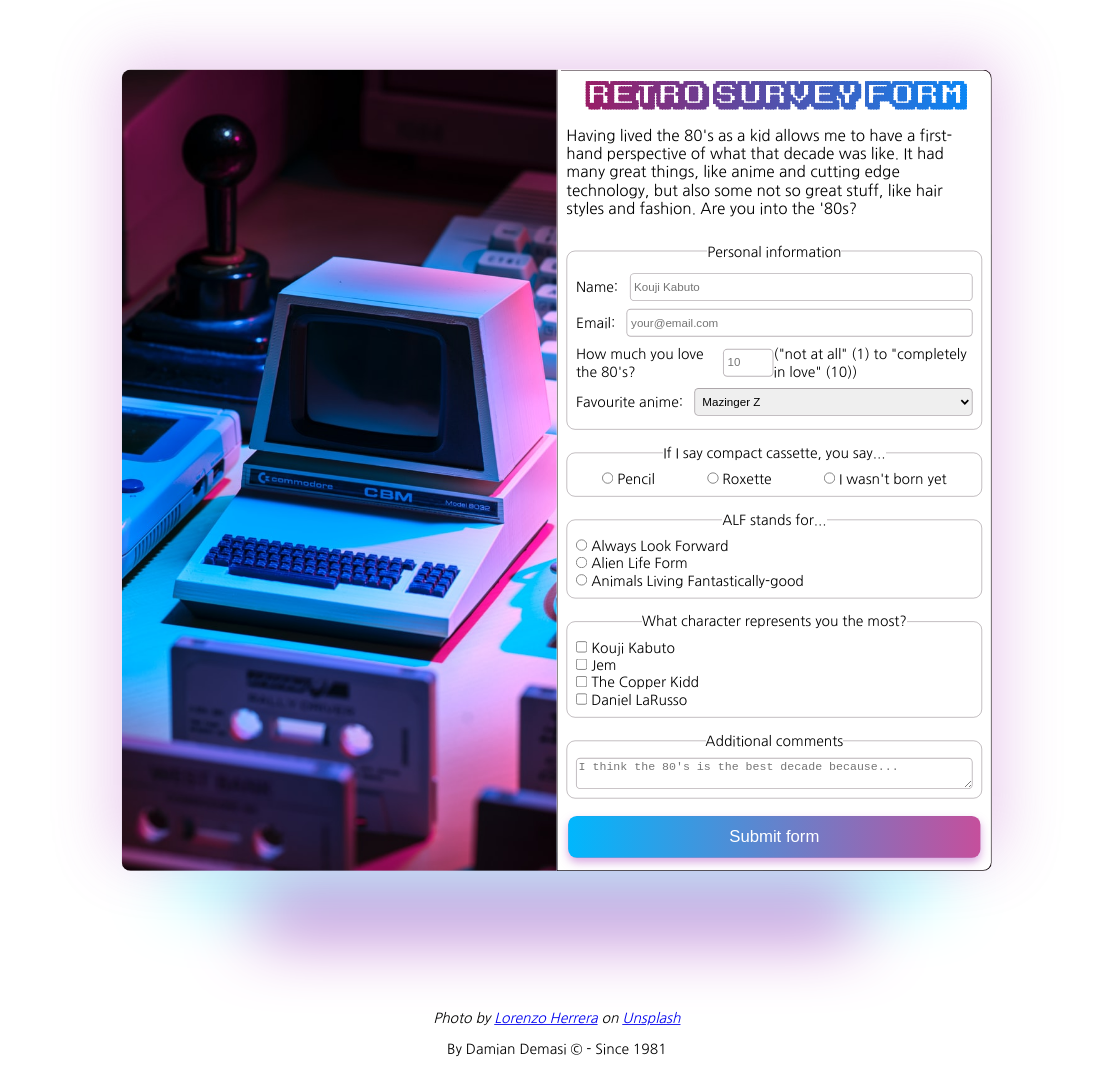
Repository: Colo-Codes/freecodecamp-02-Build-a-Survey-Form
Page: index.html
An editor plug-in stored every save of this project. The page is shown before and after the next save, followed by the edit.
The browser window is 1280 px wide. The pictures show the whole page, at 87% of full size.

Above is the page before, as saved 2021-05-19 11:52:33.

After the next save:
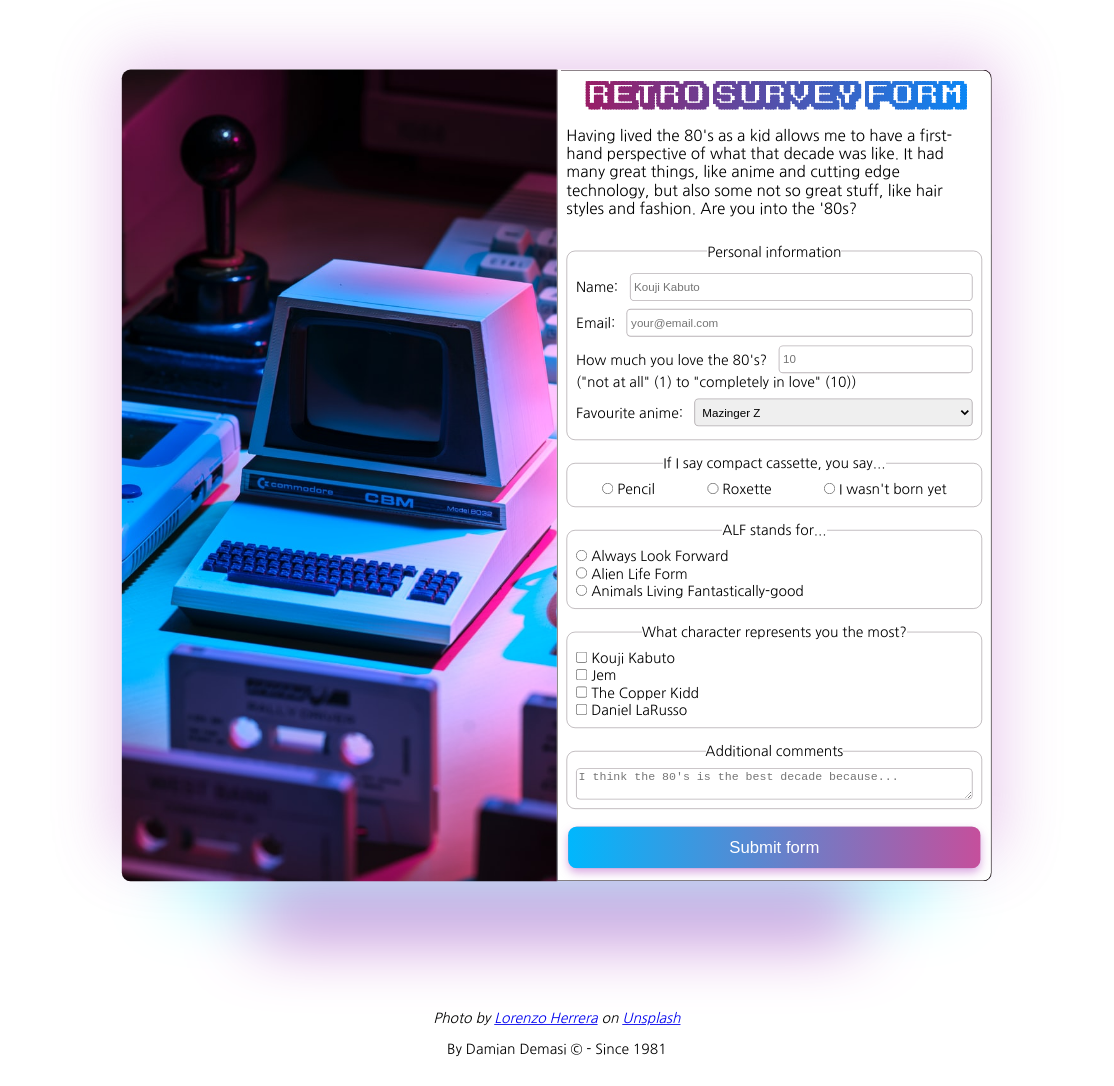
Saved 16 s later.
--- a/resources/css/index.css
+++ b/resources/css/index.css
@@ -174,8 +174,7 @@ span {
 }
 
 #number-label {
-    /* flex-direction: column; */
-
+    flex-flow: wrap;
 }
 
 #cassette {
